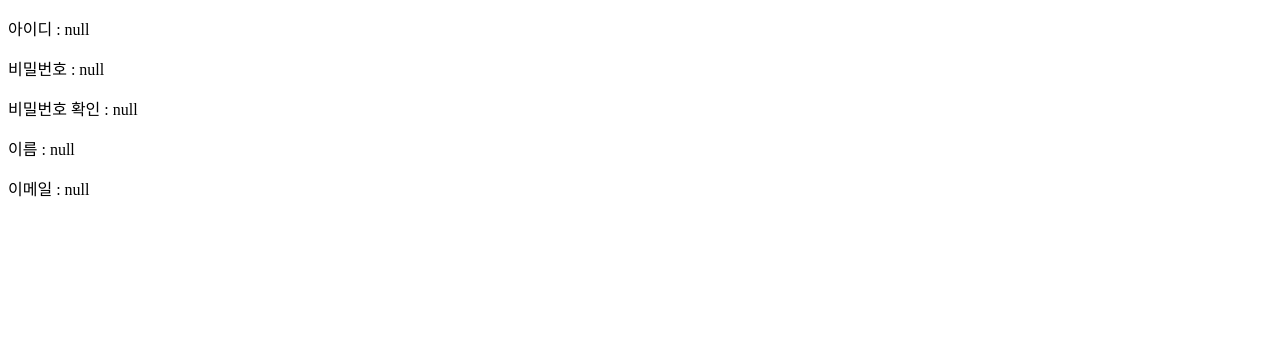
Repository: ZicoPark/Lost-Dev
Page: http://localhost/04_member/result.jsp
An editor plug-in stored every save of this project. The page is shown before and after the next save, followed by the edit.
The browser window is 1280 px wide. The pictures show the whole page.
The page is served by Tomcat 9.

Above is the page before, as saved 2023-02-20 06:13:10.

After the next save:
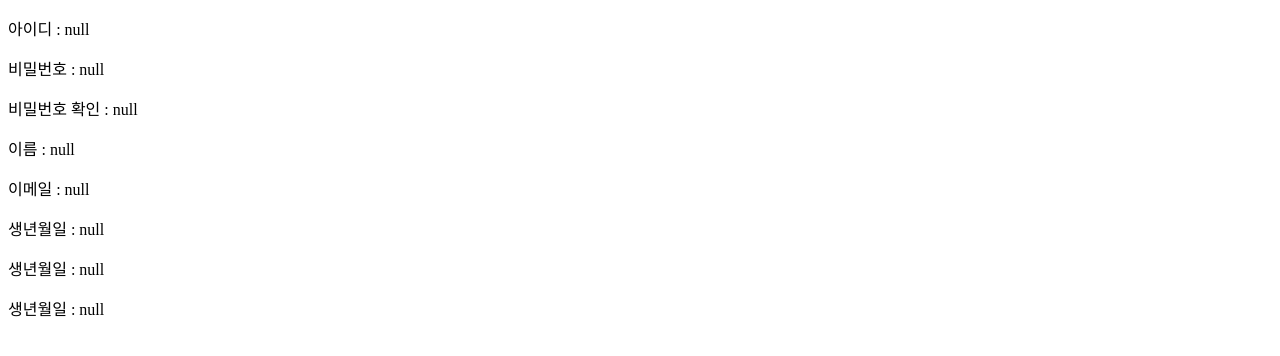
Saved 116 s later.
--- a/JSP/04_member/WebContent/result.jsp
+++ b/JSP/04_member/WebContent/result.jsp
@@ -13,6 +13,10 @@
 	<p>비밀번호 확인 : <%= request.getParameter("userPwconfirm") %></p>
 	<p>이름 : <%= request.getParameter("userName") %></p>
 	<p>이메일 : <%= request.getParameter("email") %></p>
+	<p>생년월일 : <%= request.getParameter("year") %></p>
+	<p>생년월일 : <%= request.getParameter("month") %></p>
+	<p>생년월일 : <%= request.getParameter("day") %></p>
+
 
 </body>
 </html>
